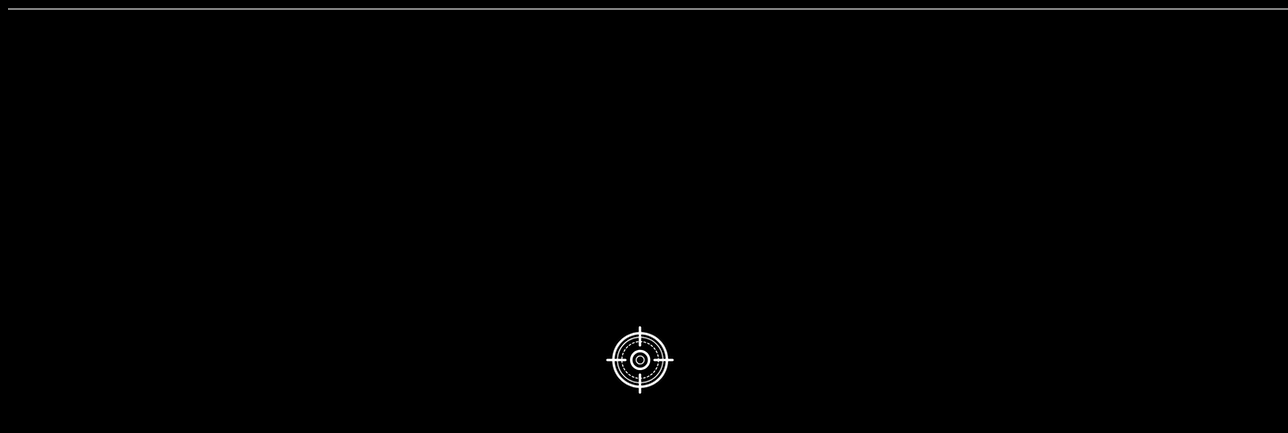
Repository: rladpwl0512/dreamcoding_browser101
Page: (2) coordinates/index.html
An editor plug-in stored every save of this project. The page is shown before and after the next save, followed by the edit.
The browser window is 1280 px wide. The page is 1288 px wide, so the pictures cover 1288 px, including what lies to the right of the window. The pictures show the whole page.

Above is the page before, as saved 2021-09-30 18:48:50.

After the next save:
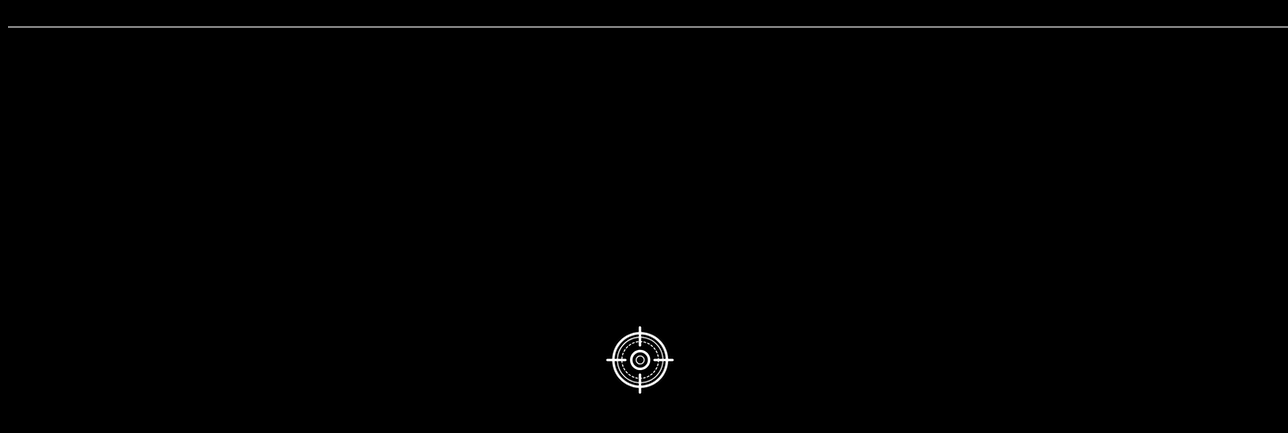
Saved 20 s later.
--- a/(2) coordinates/index.html
+++ b/(2) coordinates/index.html
@@ -4,7 +4,7 @@
     <meta charset="UTF-8" />
     <meta name="viewport" content="width=device-width, initial-scale=1.0" />
     <title>Coordinates</title>
-    <script src="main.js" defer></script>
+    {% comment %} <script src="main.js" defer></script> {% endcomment %}
     <link rel="stylesheet" href="style.css" />
   </head>
   <body>

After the save that followed:
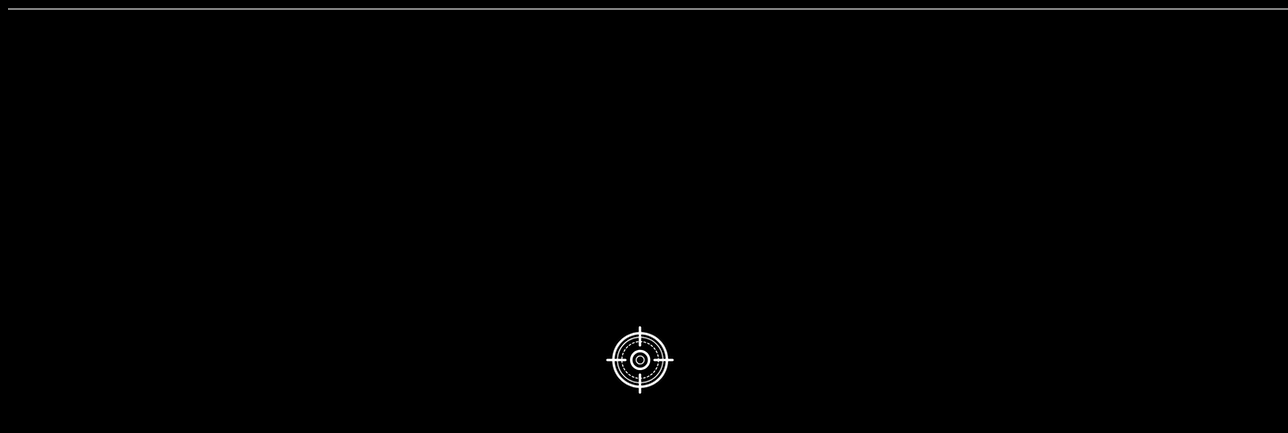
Saved 7 s later.
--- a/(2) coordinates/index.html
+++ b/(2) coordinates/index.html
@@ -4,7 +4,7 @@
     <meta charset="UTF-8" />
     <meta name="viewport" content="width=device-width, initial-scale=1.0" />
     <title>Coordinates</title>
-    {% comment %} <script src="main.js" defer></script> {% endcomment %}
+    <!--<script src="main.js" defer></script>-->
     <link rel="stylesheet" href="style.css" />
   </head>
   <body>
